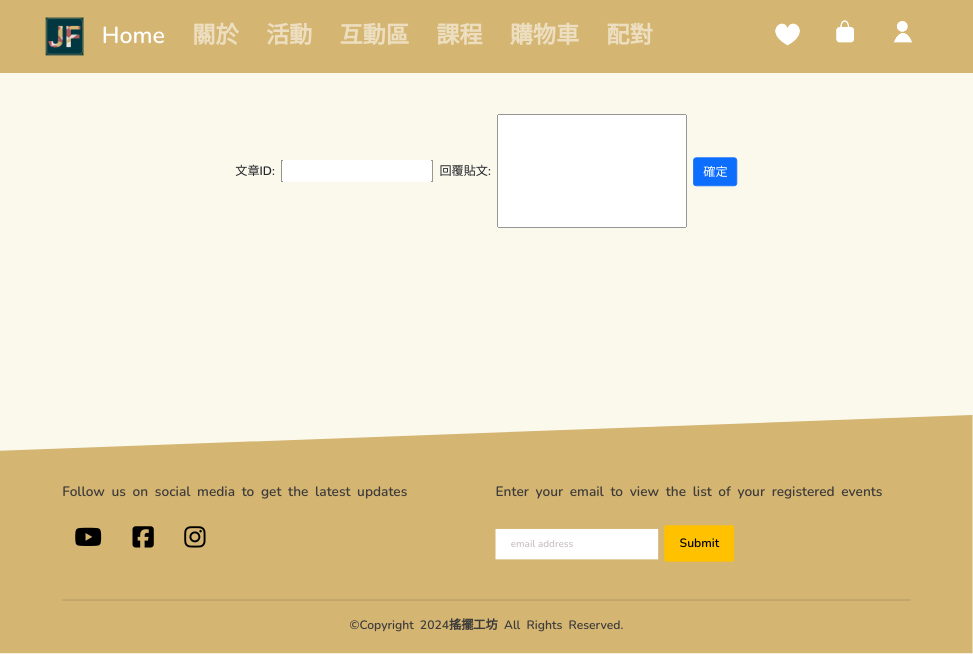
Repository: mmmooonnn0211/project
Page: workspace/demoSpringBoot-1/src/main/resources/static/html/ReplyInsertFront.html
These files come from the project's save history. The page is drawn as it stood at one moment and after the next save; the edit follows.
The browser window is 1280 px wide. The pictures show the whole page, at 76% of full size.
Some web libraries are served in a nearby version.

Above is the page before, as saved 2024-05-07 17:50:17.

### workspace/demoSpringBoot-1/src/main/resources/static/html/ReplyInsertFront.html
<!DOCTYPE html>
<html lang="en">

<head>
	<meta charset="UTF-8">
	<meta name="viewport" content="width=device-width, initial-scale=1.0">
	<style>
		.main {
			min-height: 55vh;
			/* 让 .slant 至少占据整个视口高度 */

		}
	</style>
	<!-- Bootstrap CSS -->
	<link href="https://cdn.jsdelivr.net/npm/bootstrap@5.0.0-beta3/dist/css/bootstrap.min.css" rel="stylesheet"
		integrity="sha384-eOJMYsd53ii+scO/bJGFsiCZc+5NDVN2yr8+0RDqr0Ql0h+rP48ckxlpbzKgwra6" crossorigin="anonymous">
	<script src="https://kit.fontawesome.com/4287c80df9.js" crossorigin="anonymous"></script>

	<!--Google Font : Nunito-->
	<link rel="preconnect" href="https://fonts.gstatic.com">
	<link href="https://fonts.googleapis.com/css2?family=Nunito:wght@600&display=swap" rel="stylesheet">

	<!-- For style(All CSS content) -->
	<link rel="stylesheet" type="text/css" href="../styles/home.css" />
	<link rel="stylesheet" type="text/css" href="../styles/footer.css" />
	<link rel="stylesheet" type="text/css" href="../styles/navbar.css" />
	<link rel="icon" href="images/favicon.ico">

	<!-- JS Bundle for BS  -->
	<script src="https://cdn.jsdelivr.net/npm/popper.js@1.16.1/dist/umd/popper.min.js"
		integrity="sha384-9/reFTGAW83EW2RDu2S0VKaIzap3H66lZH81PoYlFhbGU+6BZp6G7niu735Sk7lN" crossorigin="anonymous">
		</script>
	<title>範本</title>
</head>


<body>
	<div class="container-fluid" style="margin-top: 150px;">

	</div>
	<!-- <section> -->
	<div class="main">
		<div class="container text-center">
			<form method="post" action="/ReplyinsertFront.controller" onsubmit="return validateForm();">

				<div>
					<!--					<label for="userId">使用者ID:</label>-->
					<!--					<input type="text" id="userId" name="userId" style="width: 200px;" />-->

					<label for="LTId">文章ID:</label>
					<input type="text" id="LTId" name="LTId" style="width: 200px;" />

					<label for="replypost">回覆貼文:</label>
					<input type="text" id="replypost" name="replypost" style="width: 250px; height: 150px;" />

					<button type="submit" class="btn btn-primary">確定</button>

				</div>

			</form>

		</div>
	</div>
	<script src="https://cdn.jsdelivr.net/npm/bootstrap@5.0.0-beta3/dist/js/bootstrap.bundle.min.js"
		integrity="sha384-JEW9xMcG8R+pH31jmWH6WWP0WintQrMb4s7ZOdauHnUtxwoG2vI5DkLtS3qm9Ekf" crossorigin="anonymous">
		</script>


	<div align="center"></div>

	<script>
		function validateForm() {
			var replypostInput = document.getElementsByName('replypost')[0].value.trim();
			var userIdInput = document.getElementsByName('userId')[0].value.trim();
			var LTIdInput = document.getElementsByName('LTId')[0].value.trim();

			if (replypostInput === '' || userIdInput === '' || LTIdInput === '') {
				Swal.fire({
					icon: 'warning',
					title: '請輸入完整資訊😒',
					showConfirmButton: false,
					timer: 1500
				});
				return false;
			}
			return true;
		}
	</script>

	<script>

		fetch('basic.html')
			.then(response => response.text())
			.then(html => {
				document.body.innerHTML += html;
			});


	</script>
</body>

</html>

### workspace/demoSpringBoot-1/src/main/resources/static/styles/home.css
/* hiding vertical scroll bar from every page */
::-webkit-scrollbar {
  width: 0 !important
}




body {
  font-family: 'Nunito', sans-serif;
  background-color: #FBF8EC;
  word-spacing: 0.25rem;
}

::selection {
  color: black;
  background: #ffc100;
}

::placeholder {
  color: rgb(202, 192, 192);
}

.neon-yellow {
  color: #ffc100;
}

.working-heading {
  font-size: 2.3rem;
  font-weight: bold;
  color: black;
}


.date-style {
  font-weight: 850;
  padding: 0 0 0.3rem 0;
}

.sub-heading {
  font-size: 1.5rem;
  font-weight: 1000;
  padding: 0 0 0.3rem 0;
}

.small-subtext {
  color: black;
  font-weight: 700;
  font-size: 1rem;
}

.process-heading {
  font-weight: 1000;
  font-size: 0.95rem;
}

.eng,
.feedback,
.some {
  font-size: 2.3rem;
  font-weight: 1000;
  color: black;
}

.center-line {
  border-left: 0.58rem solid #ffc100;
  height: 110%;
  position: absolute;
  top: 0%;
  left: 0%;
}

.padding-for-mobile {
  padding: 0 1rem 2rem 4rem;
  text-align: left;
  /*background-color:  white;*/
}

.stickyy-corner {
  position: -webkit-sticky;
  position: sticky;
  top: 0;
}

.timeline-left-style {
  color: black;
  text-align: right;
  padding: 0 4rem 0 5.2rem;
}

.timeline-right-style {
  color: black;
  text-align: left;
  position: relative;
  padding: 0 5.2rem 0 4rem;
  overflow-y: hidden;
}

.d-block {
  margin-top: 2%;
  border-radius: 7px;
  border: 3px solid rgb(245, 241, 241);
  width: 100%;
}

.chess,
.review,
.event {
  color: #ffc100;
  font-weight: 850;
  font-size: 0.95rem;
}


#text {
  font-weight: 850;
  font-size: 0.75rem;
  margin-bottom: 7px;
}

#sugg {
  font-size: 1.5rem;
  font-weight: 1000;
}

#btn {
  background-color: #ffc100;
  color: rgb(0, 0, 0);
  padding: 10px 20px;
  text-align: center;
  border: none;
  border-radius: 3px;
  display: block;
  margin: auto;
  margin-top: 15px;
  font-weight: bold;
}


#box,
#msg {
  background-color: #DDDDDD;
  border-radius: 3.5px;
  border: none;
  margin-bottom: 12px;
  width: 100%;
}

#msg {
  height: 120px;
}

#box {
  height: 35px;
}

#spon {
  color: black;
  margin-top: 60px;
  display: flex;
  justify-content: space-evenly;
  align-items: center;
  font-weight: bold;
  margin-bottom: 20px;
}

.image {
  height: 100px;
}

.image3 {
  height: 250px;
  overflow-y: hidden;
}

.pic1,
.pic2 {
  font-weight: bold;
  font-size: medium;
}

.pic1 {
  margin-top: 20px;
}

.column {
  display: flex;
  flex-direction: column;
  justify-content: space-evenly;
  align-items: center;
}

.columns {
  display: flex;
  flex-direction: column;
  justify-content: center;
  align-items: flex-start;
}

.pic2 {
  color: gray;
  font-size: small;
}

.event,
.some,
.last,
.pic,
.pic1,
.pic2 {
  display: flex;
  justify-content: space-evenly;
  align-items: center;
}

.subhead {
  color: black;
  font-size: 3rem;
  overflow-y: hidden;
}

.active {
  color: #ffc100;
}

.active:hover {
  color: #ffc100;
}

p {
  color: black;
}

.title-img {
  width: 25%;
  margin-left: 8%;
  transform: rotate(10deg);
}

.hover {
  color: #ffc100;
}

.title-img3 {
  width: 25%;
  transform: rotate(-10deg);
}

.title-img2 {
  width: 35%;
  padding-right: 5%;
  padding-left: 5%;


}

.carousel-img-styles {
  border: 0.13rem solid black;
  border-radius: 1rem;
}

h1 {
  font-size: 5rem;
  line-height: 1.5;
  font-weight: 900;
}

#title {
  margin-bottom: 11rem;
}

.col-lg-3 {
  padding-left: 3rem;
}

.ex-btn {
  margin-top: 2.5rem;
  margin-bottom: 30px;
}

.carousel-container {
  width: 55%;
}

#cards {
  padding: 10px 50px;
}

.card {
  background-color: black;
  border-radius: 10px;
  /* display: block;
    margin: auto;
    font: 16px;
    width:55%; */
  padding: 30px 20px;

}

@media only screen and (max-width: 767px) {
  .small-subtext {
    font-size: 0.8rem;
  }

  .padding-for-mobile {
    padding: 0 0 4rem 2rem;
  }

  /*
  .sticky-corner {
    position: static;
  }
  */
  #cards {
    padding: 0px 20px;
  }


  .sub-heading {
    font-size: 1.3rem;
  }

  .process-heading {
    font-size: 0.85rem;
  }

  .working-heading {
    font-size: 1.5rem;
  }

  .timeline-left-style {
    padding: 0 2.5rem 0 3rem;
  }

  .timeline-right-style {
    padding: 0 3rem 0 2.5rem;
  }

  #spon {
    font-size: 1.5rem;
  }

  .some,
  .eng,
  .feedback {
    font-size: 1.5rem;
  }

  .card {
    width: 100%;
  }

  .pic {
    flex-direction: column;
  }

  .carousel-container {
    width: 85%;
  }
}

@media only screen and (max-width: 575px) {

  .title-img,
  .title-img3 {
    display: none;
  }

  .title-img2 {
    display: block;
    margin: auto;
    width: 100%;
    padding: 50px;
  }
}

@media only screen and (max-width: 375px) {


  .date-style {
    font-size: 0.8rem;
  }

  .sub-heading {
    font-size: 0.9rem;
  }

  .small-subtext {
    font-size: 0.7rem;
  }

  .timeline-left-style {
    padding: 0 1.6rem 0 2rem;
  }

  .timeline-right-style {
    padding: 0 2rem 0 2rem;
  }
}

### workspace/demoSpringBoot-1/src/main/resources/static/styles/footer.css
/*
hiding vertical scroll bar from every page
*/
::-webkit-scrollbar {
    width: 0 !important
}




.slant {
    /* width: 110%;
    background-color: #DDDDDD;
    transform: rotate(-3deg);
    height: 100px; */
    clip-path: polygon(0 15%, 100% 0, 100% 100%, 0 100%);
  }

  .container{
    margin-top: 30px;
  }

  .left, .right {
    font-size: large;
    font-weight: bold;
    margin-top: 50px;
    color: rgb(61, 59, 59);
    margin-bottom: 30px;
  }

  .below {
    background-color:#D4B572;
    position: relative;
    padding-top: 8px;
    padding-bottom: 6px;
    width: 100%;
    height: 100%;
  }

  #mail {
    border: none;
    height: 30px;
    padding: 20px;
    font-size: small;
    font-weight: bold;
  }

  #bttn {
    background-color: #ffc100;
    color: black;
    padding: 12px 20px;
    text-align: center;
    border: none;
    border-radius: 3px;
    font-weight: bold;
  }


  .fa-youtube:hover{
    color: rgb(230, 59, 59);
    transition: 0.5s;
  }

  .fa-twitter:hover, .fa-facebook-square:hover{
    color: rgba(18, 212, 212, 0.596);
    transition: 0.5s;
  }

  .fa-instagram:hover{
    color: rgb(218, 30, 61);
    transition: 0.5s;
  }

  .fa-github{
    color: rgb(43, 36, 36);
    transition: 0.5s;
  }

  .fab {
    padding: 0 1rem 0 1rem;
    font-size: 2rem;
    color: black;
  }

  .last {
    font-weight: 900;
    color: rgb(61, 59, 59);
    margin: 20px;
    display: flex;
  justify-content: space-evenly;
  align-items: center;
  }

  @media only screen and (max-width: 767px) {
    .slant{
      clip-path: polygon(0 5%, 100% 0, 100% 100%, 0 100%);
    }
  }

  @media only screen and (max-width: 375px) {
    .slant{
      clip-path: polygon(0 5%, 100% 0, 100% 100%, 0 100%);
    }
  }

### workspace/demoSpringBoot-1/src/main/resources/static/styles/navbar.css
/* 鼠標移動導覽列*/
.nav-item :hover {
  color: rgb(255, 128, 128);
  cursor: pointer;
  background-color: #B15A5E;
  border-radius: 10px;
}

.navbar a {
  color: #ff2600a2;
  border-radius: 10px;
}


.navbar {
  padding: 1rem 2rem;
  position: fixed;
  z-index: 100;
  width: 100%;
  margin: 0;
  top: 0;
  left: 0;
  background-color: #D4B572;
}

.nav-item {
  padding: 0 20px 0 0;
}

.nav-link {
  font-size: 1.9rem;
  font-weight: 900;

}


.dropdown-item,
.dropdown-menu {
  background-color: #B15A5E;
  color: #BF3F41;
  ;
  margin: 0;
}






.dropdown-menu a {
  color: white;
  ;
  text-decoration: none;
  display: block;
  text-align: left;
}

### workspace/demoSpringBoot-1/src/main/resources/static/html/basic.html
<!doctype html>
<html lang="en">

<head>
    <!-- Required meta tags -->
    <meta charset="utf-8">
    <meta name="viewport" content="width=device-width, initial-scale=1">




    <title>JFSwing</title>
</head>

<body>

    <!-- Shashank's Section -->
    <!-- <section class="title"> -->
    <!-- Navbar section -->
    <nav class="navbar navbar-expand-lg navbar-dark">
        <!-- <LOGO> -->
        <div class="container-fluid">
            <div width="50px" height="50px">
                <a class="m-3" href="index.html"> <img src="../images/LOGO.png" width="50px" height="50px"
                        alt="Eternals">
                </a>
                <button class="navbar-toggler" type="button" data-bs-toggle="collapse" data-bs-target="#navbarCollapse"
                    aria-controls="navbarCollapse" aria-expanded="false" aria-label="Toggle navigation">
                    <span class="navbar-toggler-icon"></span>
                </button>
            </div>
            <div class="collapse navbar-collapse" id="navbarCollapse">
                <ul class="navbar-nav ">
                    <li class="nav-item">
                        <a class="nav-link active" href="frontPage.html">Home </a>
                    </li>
                    <li class="nav-item">
                        <a class="nav-link" href="about.html">關於</a>
                    </li>
                    <li class="nav-item">
                        <a class="nav-link" href="EventAll.html">活動</a>
                    </li>
                    <li class="nav-item">
                        <a class="nav-link" href="/LTSelectAll2">互動區</a>
                    </li>
                    <li class="nav-item">
                        <a class="nav-link" href="contact.html">課程</a>
                    </li>
                    <li class="nav-item">
                        <a class="nav-link" href="">購物車</a>
                    </li>
                    <li class="nav-item">
                        <a class="nav-link" href="">配對</a>
                    </li>

                </ul>

            </div>

            <!-- <右上角的東西> -->
            <div class="navbar-nav justify-content-end">
                <ul class="navbar-nav">
                    <li class="nav-item">
                        <div class="m-2 rounded-circle overflow-hidden align-self-center ratio ratio-1x1"
                            style="width: 40px">
                            <img src="../images/LOVE.png" alt="" class="object-fit-cover w-100 h-100" />
                        </div>
                    </li>
                    <li class="nav-item">
                        <div class="m-2 rounded-circle overflow-hidden align-self-center ratio ratio-1x1"
                            style="width: 40px">
                            <img src="../images/SHOP.png" alt="" class="object-fit-cover w-100 h-100" />
                        </div>
                    </li>
                    <li class="nav-item">
                        <a href="#" target="_blank"
                            class="m-2 rounded-circle overflow-hidden align-self-center ratio ratio-1x1"
                            style="width: 40px; display: inline-block;">
                            <img src="../images/MAN.png" alt="Facebook" class="object-fit-cover w-100 h-100" />
                        </a>
                    </li>

                </ul>

            </div>
        </div>
    </nav>

    <!-- Title -->
    <!-- <中間> -->



    <!-- footer-->
    <div class="slant footer-content mt-auto">

        <footer class="below">
            <div class="container">
                <div class="row">
                    <div class="col-lg-6">
                        <p class="left">Follow us on social media to get the latest updates</p>
                        <a href="#"><i class="fab fa-youtube"></i></a>
                        <a href="https://www.facebook.com/apple.hi.77?mibextid=kFxxJD"><i
                                class="fab fa-facebook-square"></i></a>
                        <a href="#"><i class="fab fa-instagram"></i></a>

                    </div>
                    <div class="col-lg-6">
                        <p class="right">Enter your email to view the list of your registered events</p>
                        <input id="mail" placeholder="email address">
                        <span><button id="bttn">
                                Submit </button></span>
                    </div>
                </div>
                <hr style="margin-top: 50px;">
            </div>
            <div class="last">&copy;Copyright 2024搖擺工坊 All Rights Reserved.</div>
        </footer>

    </div>



</body>

</html>

After the next save:
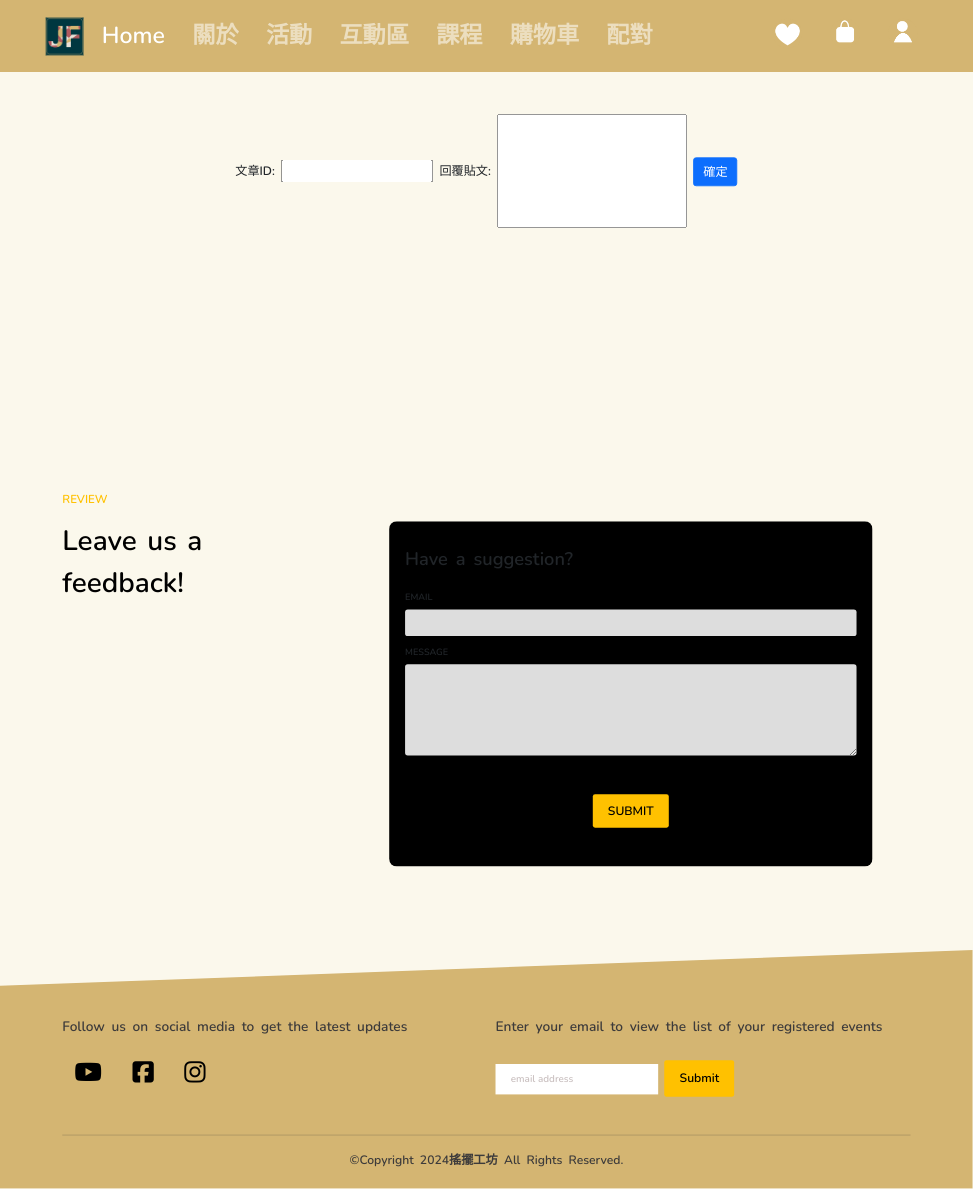
Saved 59 s later.
--- a/workspace/demoSpringBoot-1/src/main/resources/static/html/ReplyInsertFront.html
+++ b/workspace/demoSpringBoot-1/src/main/resources/static/html/ReplyInsertFront.html
@@ -67,7 +67,30 @@
 
 
 	<div align="center"></div>
+	<div class="container">
+		<div class="row" style="margin-bottom: 100px; margin-top: 100px;">
+			<div class="col-md-4" style="text-align: left;">
+				<p class="review">REVIEW</p>
+				<p class="feedback">Leave us a <br>feedback!</p>
+			</div>
+			<div class="col-sm-8">
+				<div class="container" id="cards">
+					<div class="card">
+						<div id="sugg">Have a suggestion?</div>
+						<br>
+						<div id="text">EMAIL</div>
+						<input id="box" name="E-Mail Address" />
 
+						<div id="text">MESSAGE</div>
+						<textarea id="msg" name="Message"></textarea>
+
+						<br />
+						<input id="btn" type="submit" value="SUBMIT" style="margin-bottom: 20px;" />
+					</div>
+				</div>
+			</div>
+		</div>
+	</div>
 	<script>
 		function validateForm() {
 			var replypostInput = document.getElementsByName('replypost')[0].value.trim();
